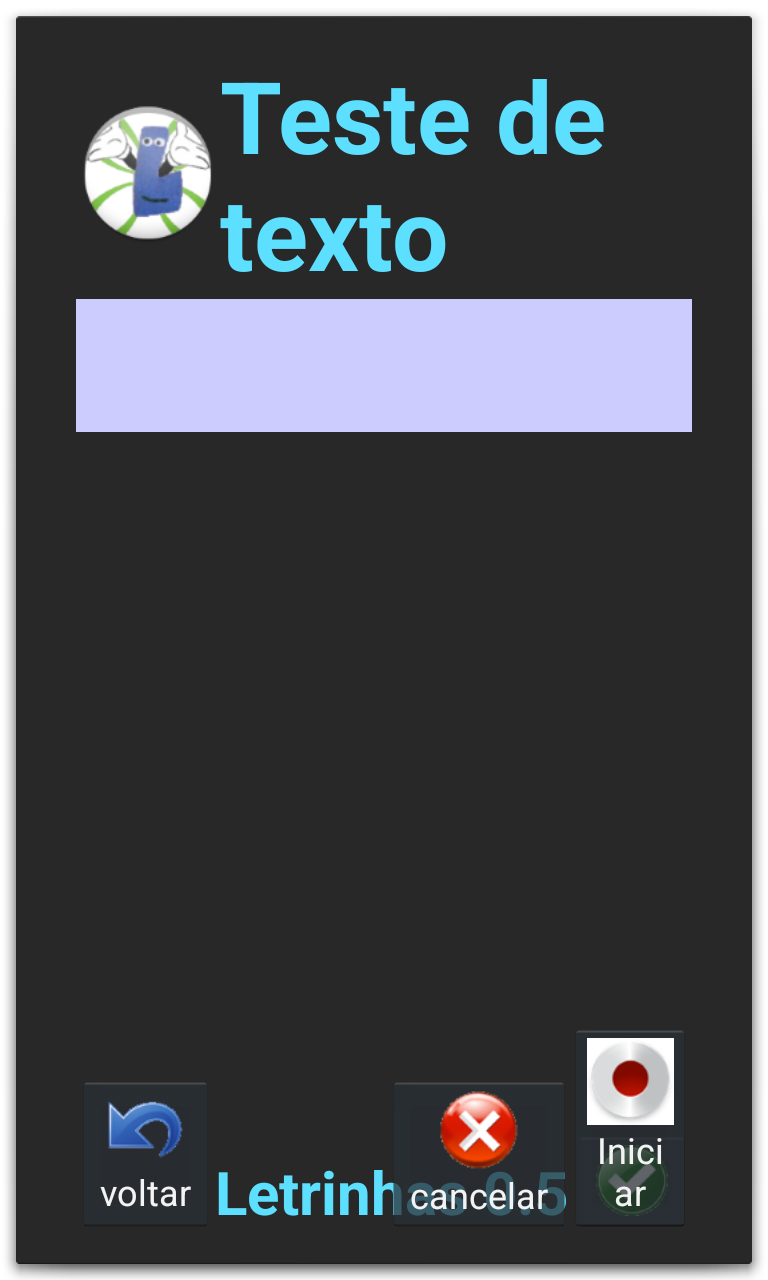
Repository: iptomar/letrinhas_documentacao
Layout: Letrinhas/APP/Prototipos/Letrinhas05/res/layout/activity_teste__texto__aluno.xml
An editor plug-in stored every save of this project. The layout is shown before and after the next save, followed by the edit.
It is drawn on a 768 x 1280 px phone screen (xhdpi) without system bars, with theme android:Theme.Holo.Dialog.NoActionBar; the app's code is not run.

Above is the layout before, as saved 2014-05-19 00:04:29.

After the next save:
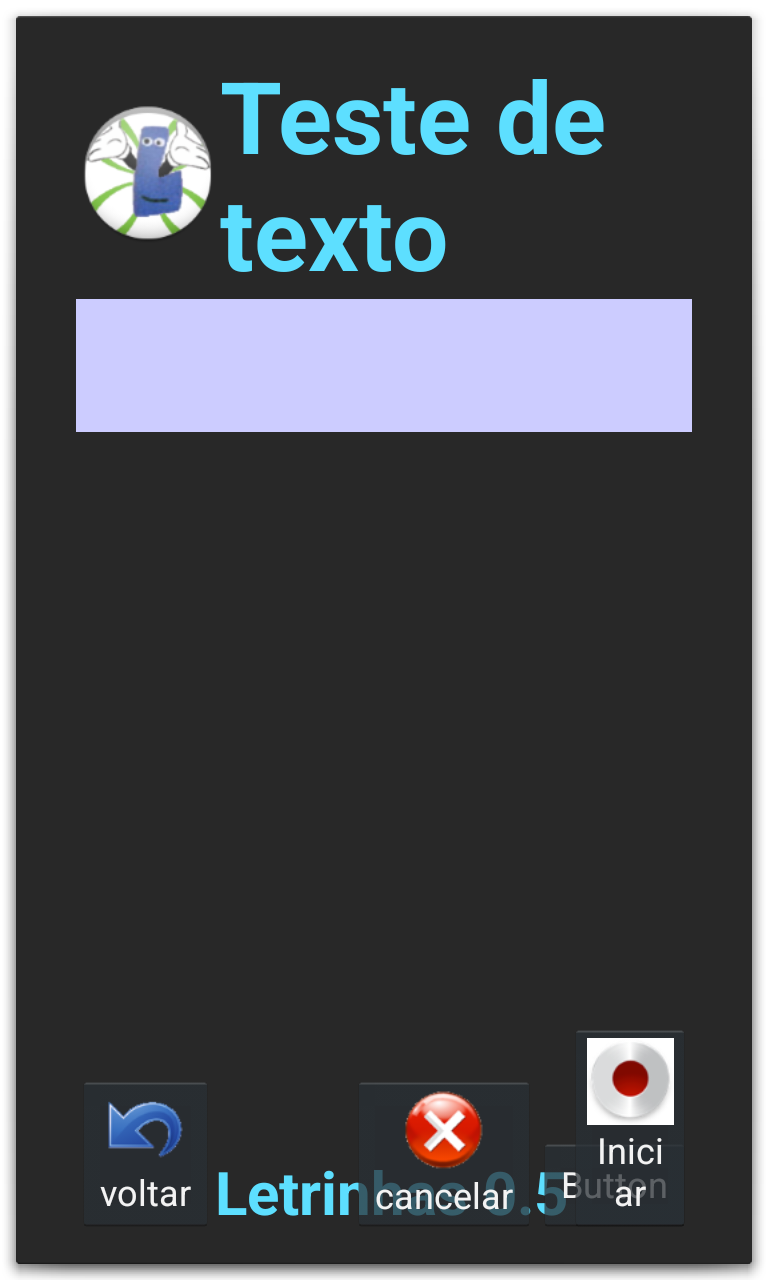
Saved 50 s later.
--- a/Letrinhas/APP/Prototipos/Letrinhas05/res/layout/activity_teste__texto__aluno.xml
+++ b/Letrinhas/APP/Prototipos/Letrinhas05/res/layout/activity_teste__texto__aluno.xml
@@ -64,14 +64,14 @@
         android:textSize="30sp"
         android:textStyle="bold" />
 
-    <ImageButton
+    <Button android:text="Button"
         android:id="@+id/txtAvaliar"
         android:layout_width="wrap_content"
         android:layout_height="wrap_content"
         android:layout_alignParentBottom="true"
         android:layout_alignParentRight="true"
         android:contentDescription="@string/entrar"
-        android:src="@drawable/valido" />
+        />
 
     <Button
         android:id="@+id/txtCancel"
